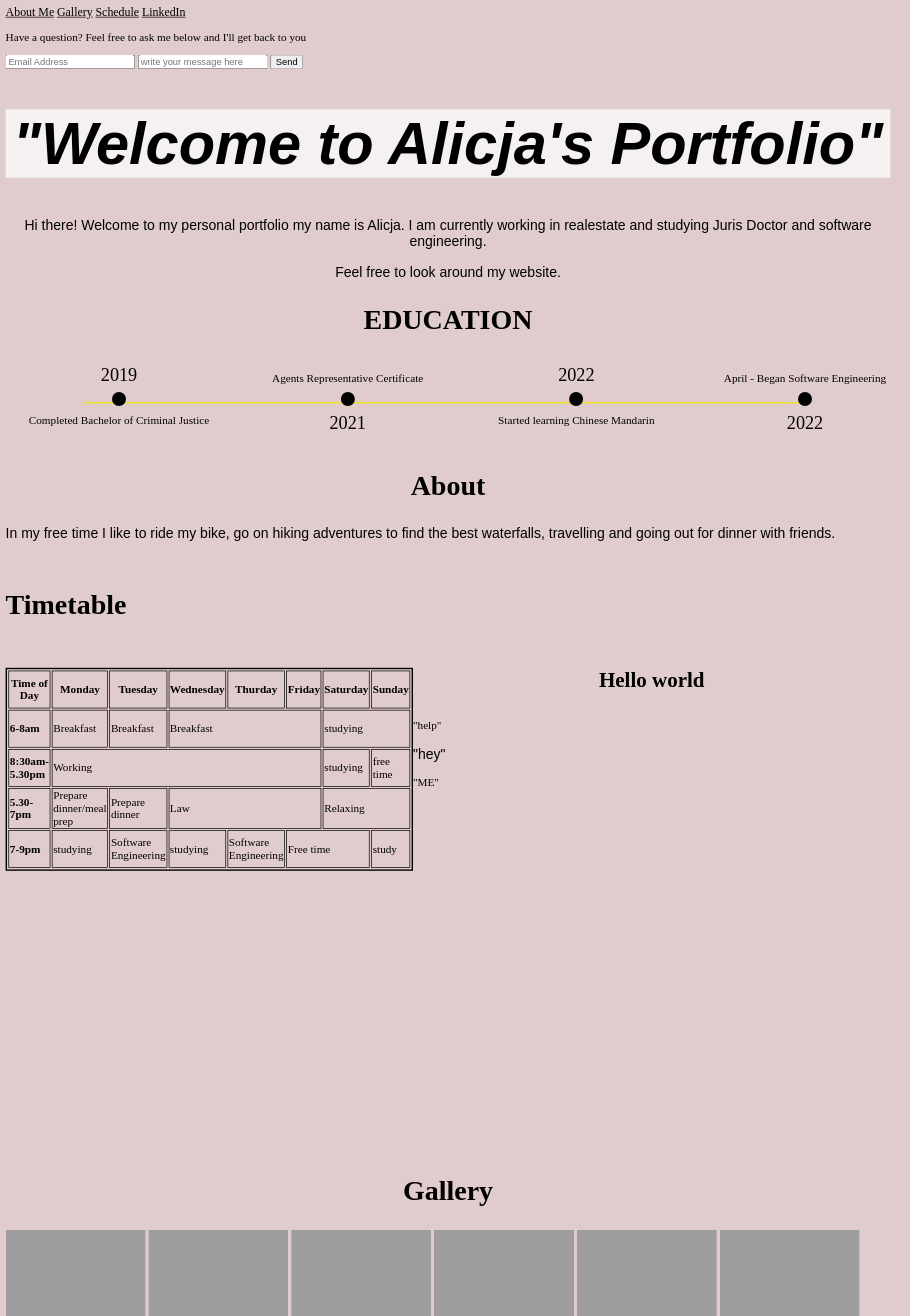
Repository: alicjasapieja/example-repository
Page: my-first-website/index.html
The author's editor kept a copy of each file at every save. The page is drawn from the files as they stood at one save, then again after the next save.
The browser window is 1280 px wide. The page is 1300 px wide, so the pictures cover 1300 px, including what lies to the right of the window. The pictures show the part of the page from y = 0 to 1880 px (the page is 2543 px tall), at 70% of full size.
Pictures or frames that could not be fetched are drawn as grey boxes.

Above is the page before, as saved 2022-05-15 11:44:43.

After the next save:
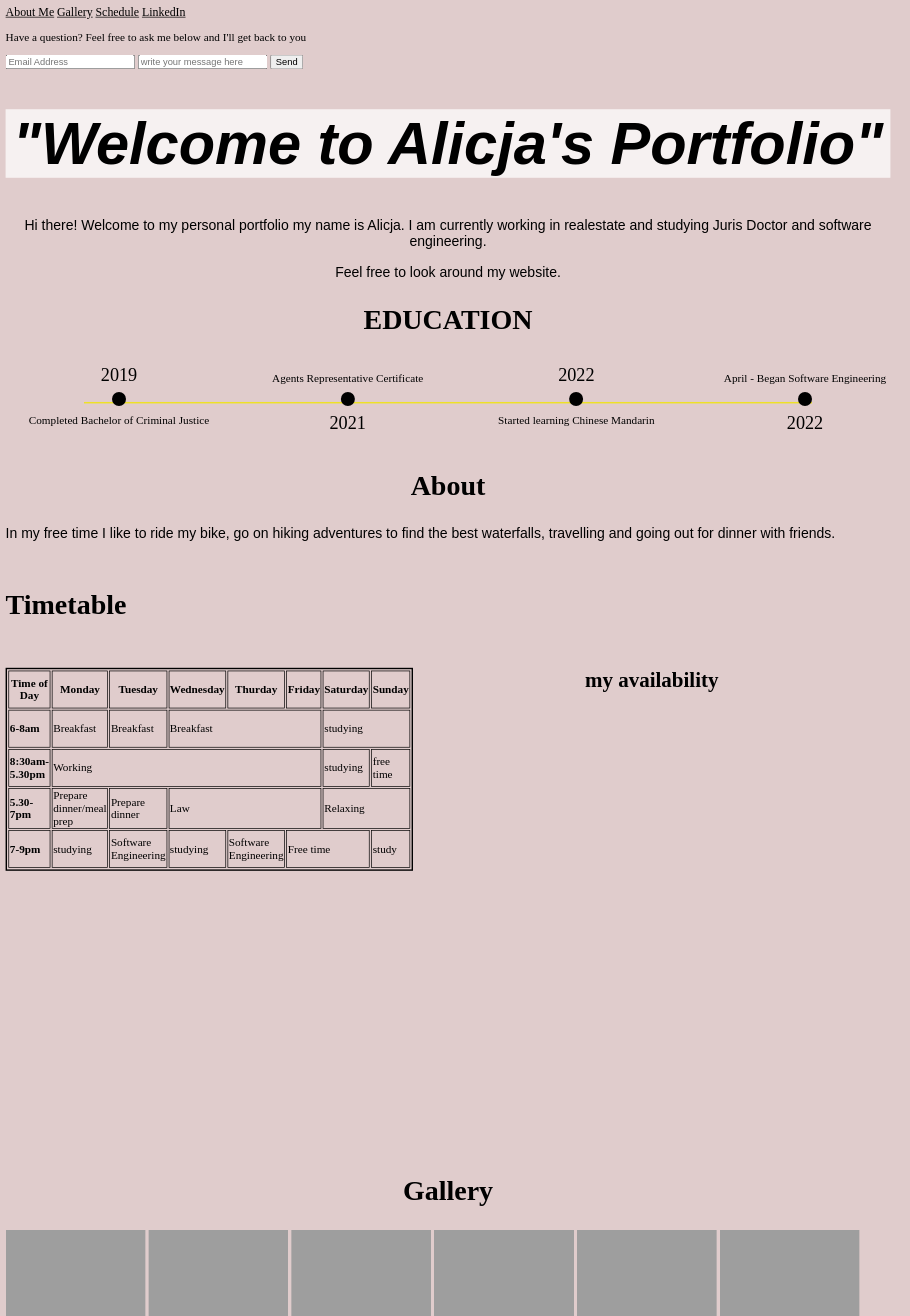
Saved 46 s later.
--- a/my-first-website/index.html
+++ b/my-first-website/index.html
@@ -106,8 +106,9 @@ table {
         </table>
 
     </div><h2>
-     <h4>Hello world</h4>
-     <H>"help"<p>"hey"</p>"ME"</H>
+
+     <h4>my availability</h4>
+
     </h2></div>
 
     <div id="gallery">
